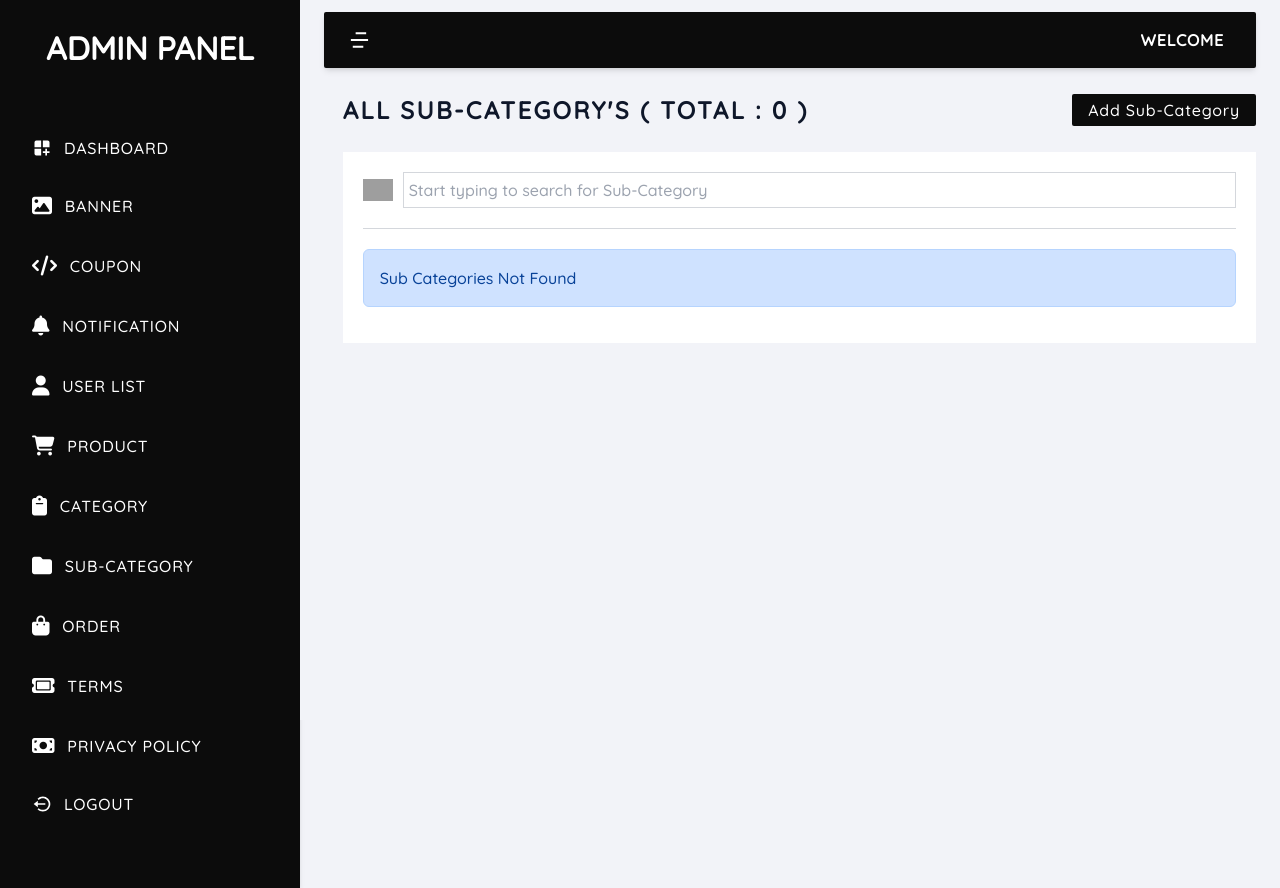
Repository: FlyweisReact/Sudarshan
Page: /admin/sub-category
The author's editor kept a copy of each file at every save. The page is drawn from the files as they stood at one save, then again after the next save.
The browser window is 1280 px wide. The pictures show the whole page.
Pictures or frames that could not be fetched are drawn as grey boxes. The page's requests for data from a server got no answer. Some web libraries are served in a nearby version. The project was rebuilt for these pictures with package versions that can differ from the ones it lists, and the page was loaded fresh each time. No one was signed in, and anything a server would have sent is missing. Also part of the build but not shown: src/Admin/forms/AdminLogin.jsx, src/Admin/pages/Dashboard/AdminDashboard.js, src/Admin/pages/Banner/AdminBanner.js, src/Admin/pages/category/AdminCategory.js, src/Admin/pages/Product/AdminProduct.js, src/Admin/pages/Product/AdminSingleProduct.js, src/Admin/pages/Order/AdminOrder.js, src/Admin/pages/Order/AdminViewOrder.js and 12 more.

Above is the page before, as saved 2023-09-06 19:08:59.

### public/index.html
<!-- @format -->

<!DOCTYPE html>
<html lang="en">
  <head>
    <meta charset="utf-8" />
    <meta name="viewport" content="width=device-width, initial-scale=1" />
    <meta name="theme-color" content="#000000" />
    <meta
      name="description"
      content="Web site created using create-react-app"
    />
    <link rel="icon" href="%PUBLIC_URL%/favicon.png" />
    <link rel="manifest" href="%PUBLIC_URL%/manifest.json" />
    <link rel="preconnect" href="https://fonts.googleapis.com" />
    <link rel="preconnect" href="https://fonts.gstatic.com" crossorigin />
    <link
      href="https://fonts.googleapis.com/css2?family=Quicksand:wght@500&display=swap"
      rel="stylesheet"
    />
    <title>Sudarshan</title>
  </head>
  <body>
    <noscript>You need to enable JavaScript to run this app.</noscript>
    <div id="root"></div>
    <script src="https://code.jquery.com/jquery-3.6.0.min.js"></script>
    <script
      src="https://kit.fontawesome.com/b533b351e4.js"
      crossorigin="anonymous"
    ></script>
  </body>
</html>

### src/index.js
import React from "react";
import ReactDOM from "react-dom/client";
import "./index.css";
import App from "./App";
import { BrowserRouter } from "react-router-dom";
import 'bootstrap/dist/css/bootstrap.min.css'
import "react-toastify/dist/ReactToastify.css";
import "owl.carousel/dist/assets/owl.carousel.css";
import "owl.carousel/dist/assets/owl.theme.default.css";

const root = ReactDOM.createRoot(document.getElementById("root"));
root.render(
  <React.StrictMode>
    <BrowserRouter>
      <App />
    </BrowserRouter>
  </React.StrictMode>
);

### src/index.css
/** @format */

@tailwind base;
@tailwind components;
@tailwind utilities;

body {
  margin: 0;
  font-family: Quicksand !important;
  -webkit-font-smoothing: antialiased;
  -moz-osx-font-smoothing: grayscale;
}

code {
  font-family: Quicksand !important;
}

html {
  font-family: Quicksand !important;
}

::-webkit-scrollbar {
  width: 10px;
}

.iCOn {
  transition: 0.5s;
  box-shadow: none;
  transform: scale(1);
}
.cardDiv {
  cursor: pointer;
}

.cardDiv:hover .iCOn {
  box-shadow: rgba(0, 0, 0, 0.35) 0px 5px 15px;
  transform: scale(1.3);
}

/* Track */
::-webkit-scrollbar-track {
  background: #f1f1f1;
}

/* Handle */
::-webkit-scrollbar-thumb {
  background: #888;
}

/* Handle on hover */
::-webkit-scrollbar-thumb:hover {
  background: #555;
}
.profileImage {
  width: 100px;
}
.fa-eye {
  color: #029aff;
  cursor: pointer;
}
.fa-edit {
  cursor: pointer;
  color: blue;
}

.View {
  border: 1px solid black;
  width: 100%;
  padding: 10px;
}

.main-card--container {
  display: grid;
  grid-template-columns: repeat(3, minmax(300px, 500px));
  grid-gap: 50px;
  justify-content: space-around;
}
.card-container {
  margin: 25px 0 auto;
  box-shadow: rgba(0, 0, 0, 0.35) 0px 5px 15px;
  position: relative;
  display: grid;
  grid-template-columns: 1fr;
  justify-content: space-around;
  align-items: flex-start;
}

.myEdit:focus {
  box-shadow: rgba(0, 0, 0, 0.35) 0px 5px 15px;
}

.AstroLogin {
  color: #fff;
  background-color: #2b7a8e;
  padding: 10px;
  width: 380px;
  text-align: center;
  font-size: 20px;
  background: linear-gradient(to left, #2b7a8e 50%, #fff 50%) right;
  background-size: 200%;
  transition: 0.5s ease-out;
  border: 1px solid #2b7a8e;
  margin-top: 10px;
  text-transform: uppercase;
}
.AstroLogin:hover {
  background-position: left;
  color: #2b7a8e;
}

.EcommerceAdminLogin {
  color: #fff;
  background-color: #0c0c0c;
  padding: 10px;
  width: 380px;
  text-align: center;
  font-size: 20px;
  background: linear-gradient(to left, #0c0c0c 50%, #fff 50%) right;
  background-size: 200%;
  transition: 0.5s ease-out;
  border: 2px solid #0c0c0c;
  margin-top: 10px;
  text-transform: uppercase;
}
.EcommerceVendorLogin {
  color: #fff;
  background-color: #576cbc;
  padding: 10px;
  width: 380px;
  text-align: center;
  font-size: 20px;
  background: linear-gradient(to left, #576cbc 50%, #fff 50%) right;
  background-size: 200%;
  transition: 0.5s ease-out;
  border: 1px solid #576cbc;
  margin-top: 10px;
  text-transform: uppercase;
}

.EcommerceVendorLogin:hover {
  background-position: left;
  color: #576cbc;
}

.view {
  background-color: #2196f3;
  color: #fff;
  width: 50%;
  padding: 5px;
}

.two-sec {
  display: flex;
  justify-content: space-evenly;
  justify-content: space-evenly;
}
.two-sec .left {
  width: 60%;
  background-color: #f6f1ef;
  padding: 20px;
}
.two-sec .left .head {
  font-size: 25px;
  font-weight: bold;
}

.two-sec .right {
  width: 30%;
  background-color: #f6f1ef;
}

.searchDiv {
  width: 100%;
  display: flex;
  gap: 10px;
  border: 1px solid rgb(179, 179, 179);
  padding: 10px;
  margin-bottom: 20px;
  align-items: center;
}
.searchDiv input {
  width: 94%;
  outline: none;
  border: none;
}

.flexCont {
  display: flex;
  align-items: center;
  gap: 10px;
}
.flexCont img {
  width: 60px;
  background-color: #e9ecef;
}

.blockContent {
  display: block;
}
.blockContent p {
  margin: 0;
}

.checkBox {
  width: 50px;
  height: 25px;
  background-color: #e9ecef;
  border-radius: 50px;
  position: relative;
  cursor: pointer;
}
.checkBox span {
  width: 20px;
  height: 20px;
  border-radius: 100%;
  background-color: #fff;
  position: absolute;
  left: 5px;
  top: 2px;
}
.ActivecheckBox {
  width: 50px;
  height: 25px;
  background-color: #0d6efd;
  border-radius: 50px;
  position: relative;
  cursor: pointer;
}
.ActivecheckBox span {
  width: 20px;
  height: 20px;
  border-radius: 100%;
  background-color: #fff;
  position: absolute;
  right: 5px;
  top: 2px;
}

.fa-eye {
  color: #0cba73;
  background-color: #d6f8e8;
  width: 35px;
  text-align: center;
  height: 35px;
  display: flex;
  border-radius: 100%;
  justify-content: center;
  padding-top: 10px;
  transition: 0.5s;
}

.fa-pen-to-square {
  color: #f4c39c;
  background-color: #ffebdb;
  width: 35px;
  text-align: center;
  height: 35px;
  display: flex;
  border-radius: 100%;
  justify-content: center;
  padding-top: 10px;
  cursor: pointer;
  transition: 0.5s;
}
.fa-trash {
  color: #df939f;
  background-color: #ffe1e8;
  width: 35px;
  text-align: center;
  height: 35px;
  display: flex;
  border-radius: 100%;
  justify-content: center;
  padding-top: 10px;
  cursor: pointer;
  transition: 0.5s;
}
.fa-trash:hover {
  transform: scale(1.2);
}
.fa-eye:hover {
  transform: scale(1.2);
}
.fa-pen-to-square:hover {
  transform: scale(1.2);
}
.required {
  color: #e74260;
}

.headP {
  margin-left: 2%;
  color: #7b7c7d;
}
.filterBox {
  display: flex;
  align-items: center;
  gap: 10px;
  border-bottom: 1px solid #d4d7dc;
  padding-bottom: 20px;
  margin-bottom: 20px;
}
.filterBox img {
  width: 30px;
}
.filterBox input {
  width: 100%;
  border: 1px solid #d4d7dc;
  outline: none;
  padding: 5px;
  color: black;
}
.sectionCont {
  width: 98%;
  background-color: #fff;
  margin-left: 2%;
  padding: 20px;
}

.overFlowCont {
  width: 100%;
  overflow-x: auto;
}

.logo {
  width: 100px;
  margin-bottom: 20px;
}

.updateProfile {
  margin-left: 20px;
  border: 1px solid #fff;
  border-radius: 100%;
  font-size: 1.2rem;
  padding: 10px;
  transition: 0.5s;
  cursor: pointer;
}
.updateProfile:hover {
  border: 1px solid #19376d;
  color: #19376d;
  background-color: #fff;
}

.Normalbtn {
  background-color: #19376d !important;
  border: 1px solid #19376d !important;
  border-radius: 0px !important;
}

.ImageCarousel {
  width: 150px !important;
  margin: 0px !important;
  height: 150px !important;
}
.CarouselImages {
  width: 60px;
  height: auto;
}
.CarouselImages img {
  width: 100% !important;
  height: 100% !important;
}

.ModalCarousel {
  width: 100% !important;
  height: 500px !important;
}
.ModalCarousel {
  width: 100% !important;
  height: 500px !important;
}
.ModalCarousel img {
  width: 100% !important;
  height: 500px !important;
}

.gridCont {
  display: grid;
  grid-template-columns: auto auto auto;
  justify-content: space-evenly;
}
.gridCont div {
  width: 400px;
  height: 300px;
  box-shadow: rgba(0, 0, 0, 0.35) 0px 5px 15px;
  padding: 10px;
  position: relative;
  margin-top: 20px;
}
.gridCont div img {
  width: 100%;
}
.delete-Btn {
  width: 90%;
  margin-left: 2%;
  color: #c44b3f;
  border: 1px solid #c44b3f;
  position: absolute;
  bottom: 10px;
  transition: 0.5s;
  padding: 10px;
}

.delete-Btn:hover {
  background-color: #c44b3f;
  color: #fff;
}

.BannerCarousel {
  width: 300px;
  margin: 0px !important;
}
.BannerCarouselImage {
  width: 300px;
}
.BannerCarouselImage img {
  width: 100%;
}

.pagination {
  display: flex;
  justify-content: center;
  align-items: center;
  gap: 10px;
  margin-bottom: 20px;
}
.pagination button {
  border: 1px solid black;
  padding: 10px;
}

.activePage {
  background-color: #19376d;
  color: #fff;
  border: 1px solid #19376d !important;
}

.active {
  background-color: #fff;
  color: #19376d !important;
}
.prevBtn {
  background-color: #fff;
  color: #19376d;
  border: 1px solid #19376d !important;
  transition: 0.5s;
}

.prevBtn:hover,
.prevBtn:focus,
.prevBtn:active {
  background-color: #19376d;
  color: #fff;
  border: 1px solid #19376d !important;
}
.nextBtn {
  background-color: #fff;
  color: #19376d;
  border: 1px solid #19376d !important;
  transition: 0.5s;
}

.nextBtn:hover,
.nextBtn:focus,
.nextBtn:active {
  background-color: #19376d;
  color: #fff;
  border: 1px solid #19376d !important;
}

.dangerBox {
  position: relative;
}
.dangerBox i {
  position: absolute;
  top: 50%;
  left: 90%;
  transform: translate(-50%, -50%);
  cursor: pointer;
}

.centerImage {
  max-width: 300px;
}
.img-cont {
  display: flex;
  gap: 10px;
  justify-content: center;
  flex-wrap: wrap;
}
.img-cont div {
  position: relative;
}
.img-cont div i {
  position: absolute;
  top: 10px;
  right: 10px;
  background-color: transparent;
}
/* ============== user data styling =========*/

.ud2 {
  display: flex;
  justify-content: space-between;
  margin-top: 20px;
}
.ud3 {
  width: 49%;
}
.ud4 {
  width: 49%;
}

.ud4 button {
  background: #c44b3f;
  width: 50%;
  height: 40px;
  border-radius: 4px;
  border: none;
  color: #fff;
}

/* ============ single order styling ================*/

#pdfGen {
  margin: 20px;
}
#pdfGen .Heading-Container {
  display: flex;
  align-items: center;
}
#pdfGen .Heading-Container img {
  width: 100px;
}
#pdfGen .Heading-Container .content {
  width: 80%;
  text-align: center;
}
#pdfGen .Heading-Container .content h2 {
  margin: 0;
  font-weight: bold;
  font-size: 25px;
}
#pdfGen .Heading-Container .content p {
  margin: 0;
  font-size: 14px;
  font-weight: 600;
  color: #a8a1a1;
}

.two-cont {
  display: flex;
  justify-content: space-between;
  padding-top: 10px;
  gap: 20px;
}
.two-cont p {
  margin: 0;
}
.two-cont .left {
  width: 40%;
}
.two-cont .left h6 {
  font-size: 14px;
  font-weight: bold;
}
.two-cont .left .box {
  border: 2px solid black;
  width: 100%;
  padding: 8px;
}
.two-cont .left .box p {
  font-size: 15px;
}
.two-cont .left .box .strong {
  font-weight: bold;
}
.two-cont .left .box p {
  font-weight: 600;
}
.two-cont .right {
  width: 60%;
  border: 2px solid black;
  padding: 10px;
}
.two-cont .right table {
  width: 100%;
  table-layout: fixed;
}
.two-cont .right td {
  font-weight: 900 !important;
  padding: 5px;
}
.bordererd {
  border-right: 2px solid black;
}
#pdfGen .empty {
  background-color: #000;
  height: 2px;
  margin-top: 20px;
}

#pdfGen {
  min-height: 100vh;
  display: flex;
  justify-content: space-between;
  flex-direction: column;
}

#pdfGen .Table {
  width: 100%;
  margin-top: 20px;
}
#pdfGen .Table tbody tr {
  border: 1px solid black;
}
#pdfGen .Table tbody tr td {
  padding: 5px;
  padding-bottom: 10px;
}

#pdfGen .Main_Table {
  display: flex;
  justify-content: flex-end;
  align-items: center;
  padding-top: 10px;
  gap: 50px;
  align-items: center;
}
#pdfGen .Main_Table p {
  font-weight: 900;
}

#pdfGen .below_Div .four-sec {
  display: flex;
  justify-content: space-evenly;
  border-top: 2px solid black;
  border-bottom: 2px solid black;
  padding: 4px;
}
#pdfGen .below_Div .four-sec p {
  margin: 0;
  font-size: 13px;
  text-align: center;
}
#pdfGen .below_Div .four-sec .stronger {
  font-weight: bold;
}

#pdfGen .below_Div .big_Head {
  font-size: 25px;
  background-color: #85827b;
  text-align: center;
  font-weight: bold;
  color: #fff;
  padding: 0;
  margin: 0;
  padding-bottom: 10px;
}
#pdfGen .below_Div .text-cont p {
  margin: 0;
  font-weight: 700;
  font-size: 14px;
  color: #85827b;
}
#pdfGen .below_Div .text-cont {
  text-align: center;
}
#pdfGen .below_Div .text-cont h5 {
  margin: 0;
  font-weight: 900;
}

.so2 {
  width: 100%;
}

.so4 {
  display: flex;
  justify-content: space-between;
}
.so4 p {
  margin: 0;
}

.searchByDate {
  display: flex;
  align-items: center;
  gap: 10px;
  border-bottom: 1px solid #d4d7dc;
  padding-bottom: 20px;
  margin-bottom: 20px;
  flex-wrap: wrap;
  justify-content: space-between;
}
.searchByDate div {
  width: 45%;
  display: flex;
  gap: 20px;
  align-items: center;
}
.searchByDate input {
  border: 1px solid #d4d7dc;
  width: 80%;
  padding: 10px;
  outline: none;
}
.searchByDate select {
  border: 1px solid #d4d7dc;
  padding: 10px;
  outline: none;
}

.so5 {
  margin-top: 20px;
  width: 98;
  margin-left: 1%;
}

.so5 table {
  width: 100%;
}
.so5 table th,
td {
  font-size: 13px;
  font-weight: 600;
}
.so6 {
  margin-top: 40px;
  margin-left: 65%;
  width: 30%;
}

.so7 {
  display: flex;
  justify-content: space-between;
  width: 80%;
}
.so7 p {
  margin: 0;
}

.downloadBtn {
  background: #0cba73;
  height: 40px;
  color: #fff;
  border-radius: 4px;
  padding: 10px;
}

.HomeGrid {
  display: flex;
  flex-wrap: wrap;
  gap: 20px;
}
.HomeGrid .cardDiv {
  max-width: 350px;
  width: 100%;
}

.loadingSpin {
  display: block !important;
  margin: auto !important;
}

.ActiveNav {
  border: 1px solid #fff;
}

td {
  text-transform: capitalize;
}

.multiple-array {
  display: flex;
  gap: 20px;
  align-items: center;
  margin: 0;
  margin-bottom: 20px;
}
.multiple-array i {
  margin: 0;
  cursor: pointer;
}
.multiple-array input {
  width: 90%;
}
.product-descr {
  border: 1px solid #ced4da;
  border-radius: 10px;
  margin-bottom: 20px;
  padding: 10px;
}
.product-descr ul {
  list-style: disc;
}
.product-descr ul li i {
  margin-left: 20px;
  cursor: pointer;
}

.Image-caro img {
  max-width: 400px !important;
  display: block;
  margin: auto;
}

### src/Baseurl.js
/** @format */

export const Baseurl = "https://green-fyto.vercel.app/";

### src/Admin/layout/HOC.jsx
/** @format */

import React, { useState } from "react";
import Navbar from "./Navbar";
import Sidebar from "./Sidebar";

const HOC = (Wcomponenet) => {
  return function Component() {
    const [hamb, setHamb] = useState(false);
    return (
      <>
        <section
          className="flex overflow-x-hidden relative "
          style={{ backgroundColor: "#f2f3f8" }}
        >
          {/* Sidebar */}
          <div
            className={
              hamb
                ? " absolute top-0 z-30 md:w-auto shadow-md bg-slate-200  w-60 transition-all md:-left-full left duration-150  h-auto overflow-y-auto  left-0 "
                : " md:w-72 z-30 bg-slate-200  shadow-md  md:static absolute top-0 -left-full   transition-all duration-150  overflow-y-auto h-auto"
            }
            style={{ minWidth: "300px" }}
          >
            <Sidebar hamb={hamb} setHamb={setHamb} />
          </div>
          {/* Components & Navbar */}
          <div
            className={
              hamb
                ? " transition-all px-4 py-2  duration-150 w-full h-screen"
                : " w-full h-screen  px-4 py-2   z-50 transition-all duration-150 "
            }
            style={{ backgroundColor: "#f2f3f8" }}
          >
            <Navbar hamb={hamb} setHamb={setHamb} />
            <div className="my-6 text-#000 h-[87%] wcomp overflow-y-auto">
              {" "}
              <Wcomponenet />
            </div>
          </div>
        </section>
      </>
    );
  };
};

export default HOC;

### src/Admin/layout/Navbar.jsx
/** @format */

import { RiMenu4Line } from "react-icons/ri";

const Navbar = ({ hamb, setHamb }) => {
  const Name = localStorage.getItem("name");

  return (
    <>
      <div
        className={
          hamb
            ? "flex  w-full justify-between  my-1 rounded-sm  p-4 py-3 shadow-md items-center  bg-slate-200 space-x-4"
            : "flex  w-full justify-between my-1 rounded-sm  p-4 py-3 shadow-md items-center  bg-slate-200 space-x-4"
        }
        style={{ backgroundColor: "#0c0c0c" }}
      >
        <RiMenu4Line
          onClick={() => setHamb(!hamb)}
          className="text-2xl font-bold text-gray-900 hover:scale-90 cursor-pointer"
          style={{ color: "#fff" }}
        />

        <section className="flex sm:ml-auto justify-end sm:w-full items-center space-x-2  pr-2">
          <figcaption className="tracking-wider pl-1 font-semibold">
            <div
              className="lg:text-base text-sm text-gray-900  uppercase"
              style={{ color: "#fff" }}
            >
              Welcome {Name}
            </div>
          </figcaption>
        </section>
      </div>
    </>
  );
};

export default Navbar;

### src/Admin/layout/Sidebar.jsx
/** @format */

import React from "react";
import { RiCloseLine } from "react-icons/ri";
import { Link, useLocation, useNavigate } from "react-router-dom";
import { BiLogOutCircle } from "react-icons/bi";
import { MdDashboardCustomize } from "react-icons/md";
import { toast } from "react-toastify";

const Sidebar = ({ hamb, setHamb }) => {
  const navigate = useNavigate();

  const nav = [
    {
      icon: <MdDashboardCustomize className="text-xl mr-3 rounded-full " />,
      link: "/admin/dashboard ",
      name: "Dashboard",
    },
    {
      icon: <i className="fa-solid fa-image text-xl mr-3 rounded-full " />,
      link: "/admin/banner ",
      name: "Banner",
    },
    {
      icon: <i className="fa-solid fa-code text-xl mr-3 rounded-full " />,
      link: "/coupon",
      name: "Coupon",
    },

    {
      icon: <i className=" fa-solid fa-bell text-xl mr-3 rounded-full " />,
      link: "/notification",
      name: "Notification",
    },
    {
      icon: <i className="fa-solid fa-user text-xl mr-3 rounded-full " />,
      link: "/user-list",
      name: "User List",
    },


    {
      icon: (
        <i className="fa-solid fa-cart-shopping text-xl mr-3 rounded-full " />
      ),
      link: "/admin/product ",
      name: "Product",
    },

    {
      icon: <i className="fa-solid fa-clipboard text-xl mr-3 rounded-full " />,
      link: "/admin/category ",
      name: "Category",
    },
    {
      icon: <i className="fa-solid fa-folder text-xl mr-3 rounded-full " />,
      link: "/admin/sub-category ",
      name: "Sub-Category",
    },
       {
      icon: (
        <i className="fa-solid fa-bag-shopping text-xl mr-3 rounded-full " />
      ),
      link: "/admin/order",
      name: "Order",
    },

    {
      icon: <i className=" fa-solid fa-ticket text-xl mr-3 rounded-full " />,
      link: "/admin/ticket",
      name: "Terms",
    },
    {
      icon: <i className=" fa-solid fa-money-bill text-xl mr-3 rounded-full " />,
      link: "/admin/COD",
      name: "Privacy Policy",
    },
  ];

  const logOut = () => {
    localStorage.clear();
    navigate("/admin-login");
    toast.success("Logged Out");
  };



  return (
    <>
      <aside
        className="p-4 h-auto"
        style={{ backgroundColor: "#0c0c0c", minHeight: "100vh" }}
      >
        {/* Top */}
        <div className="w-full md:hidden relative  p-2 mb-4">
          <RiCloseLine
            onClick={() => setHamb(!hamb)}
            className="text-3xl  absolute top-2 sm:hover:rotate-[228deg] transition-transform font-bold right-2 sm:hover:text-[22px] text-[rgb(241,146,46)] cursor-pointer"
          />
        </div>{" "}
        <figure className="flex  flex-col items-center">
          <span
            className="font-bold text-[#fff]"
            style={{
              fontSize: "2rem",
              textAlign: "center",
              textTransform: "uppercase",
            }}
          >
            {" "}
            ADMIN PANEL
          </span>
        </figure>
        <nav className="py-6">
          {nav.map((nav) => {
            return (
              <Link
                to={nav.link}
                key={nav.name}
                style={{ textDecoration: "none", textTransform: "uppercase" }}
              >
                <span
                  className="flex my-3 items-center cursor-pointer text-gray-900    tracking-wider p-2 rounded-sm"
                  style={{ color: "#FFF" }}
                >
                  {nav.icon} {nav.name}
                </span>
              </Link>
            );
          })}
          <span
            className="flex my-3 items-center cursor-pointer text-gray-900    tracking-wider p-2 rounded-sm"
            onClick={() => logOut()}
            style={{ color: "#FFF", textTransform: "uppercase" }}
          >
            <BiLogOutCircle className="text-xl mr-3 rounded-full " /> LogOut
          </span>
        </nav>
      </aside>
    </>
  );
};

export default Sidebar;

Loaded but not shown: tailwind.config.js (common file); src/Admin/pages/subcategory/AdminSubCategory.js (306 lines, source omitted); src/App.js (72 lines, source omitted)

After the next save:
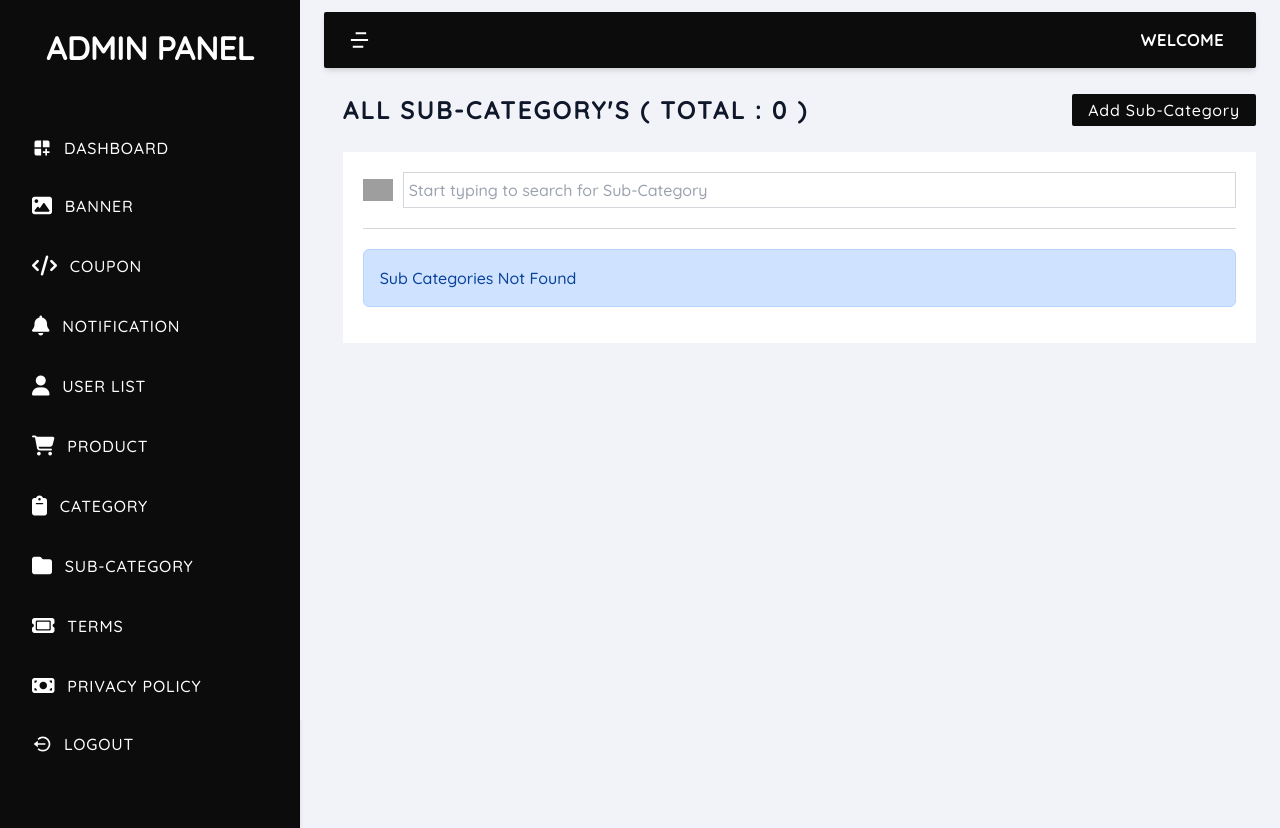
Saved 32 s later.
--- a/src/Admin/layout/Sidebar.jsx
+++ b/src/Admin/layout/Sidebar.jsx
@@ -57,13 +57,13 @@ const Sidebar = ({ hamb, setHamb }) => {
       link: "/admin/sub-category ",
       name: "Sub-Category",
     },
-       {
-      icon: (
-        <i className="fa-solid fa-bag-shopping text-xl mr-3 rounded-full " />
-      ),
-      link: "/admin/order",
-      name: "Order",
-    },
+    //    {
+    //   icon: (
+    //     <i className="fa-solid fa-bag-shopping text-xl mr-3 rounded-full " />
+    //   ),
+    //   link: "/admin/order",
+    //   name: "Order",
+    // },
 
     {
       icon: <i className=" fa-solid fa-ticket text-xl mr-3 rounded-full " />,
